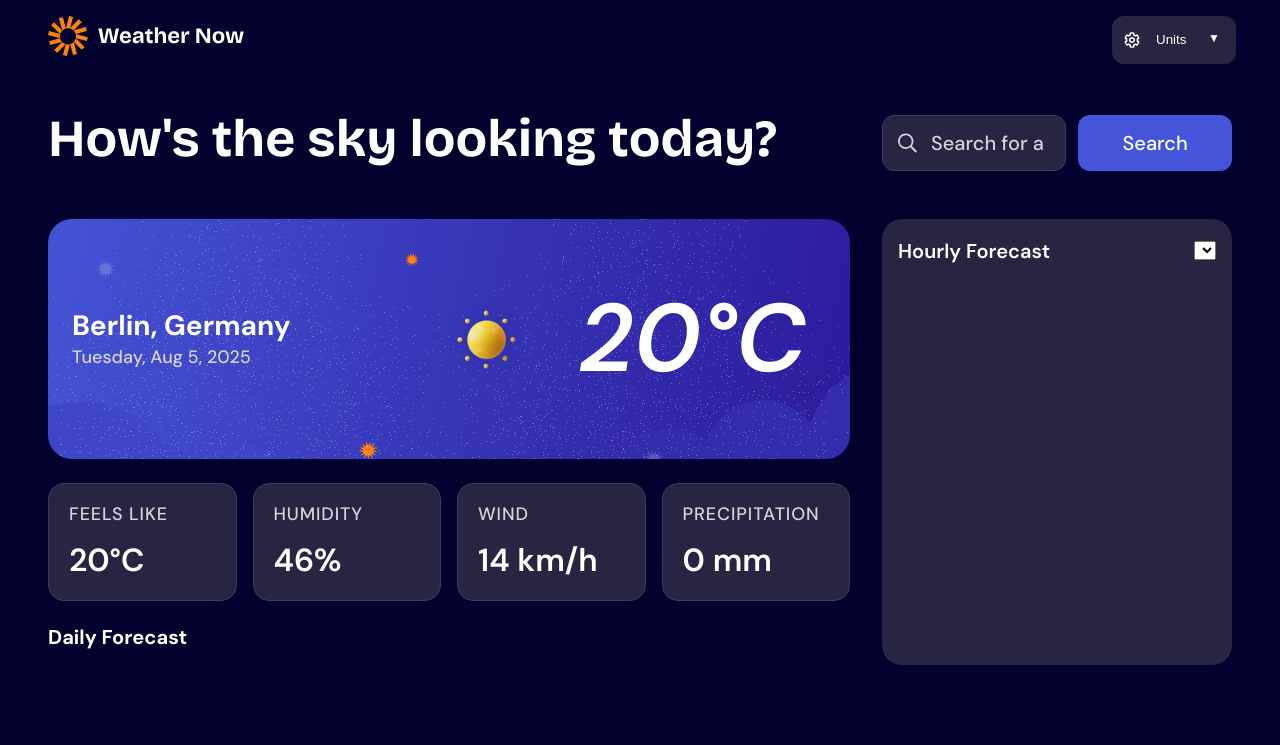
Repository: MKwaak/weather-app-main
Page: index.html
These files come from the project's save history. The page is drawn as it stood at one moment and after the next save; the edit follows.
The browser window is 1280 px wide. The pictures show the whole page.
The page's requests for data from a server got no answer.

Above is the page before, as saved 2026-02-01 01:58:39.

After the next save:
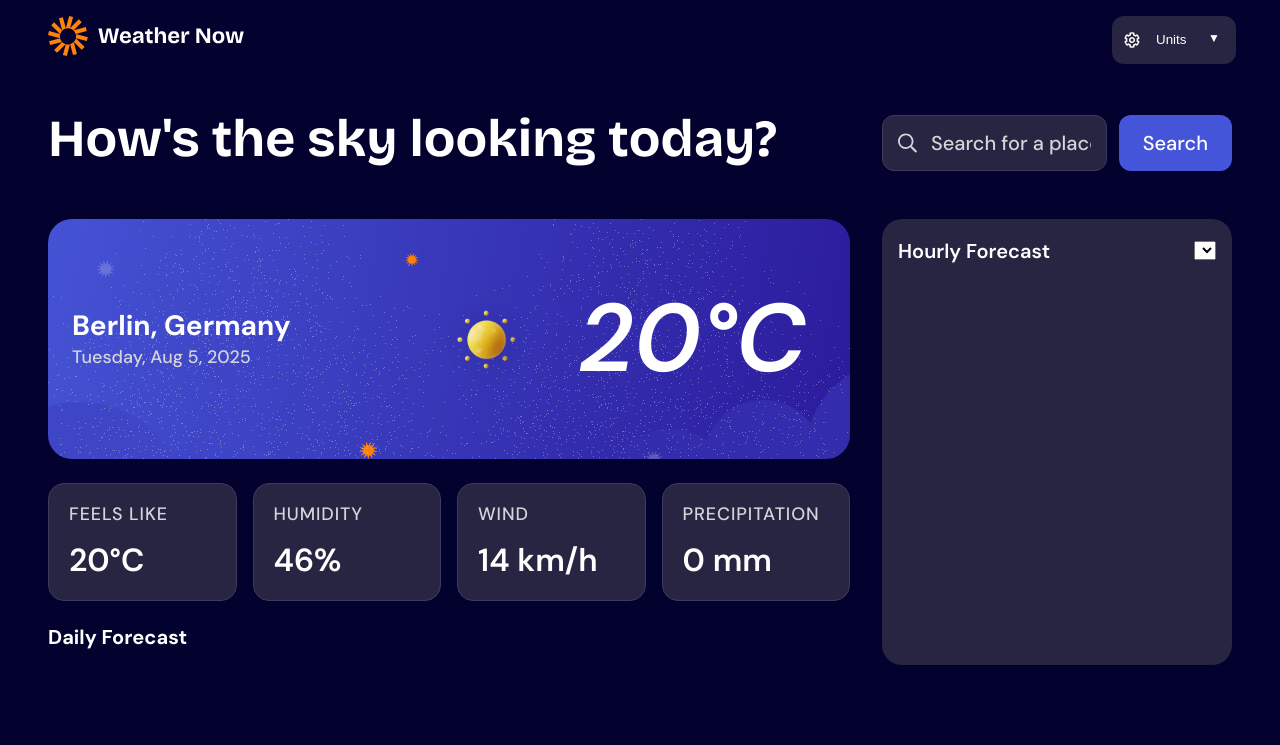
Saved 6 min 11 s later.
--- a/style.css
+++ b/style.css
@@ -302,6 +302,7 @@
     }
   }
 }
+
 /* 1. De Container (Houdt alles centraal) */
 .hero__content {
   display: grid;
@@ -351,12 +352,14 @@
 
 /* Input box */
 .hero__textbox {
-  width: 100%;
+  flex: 1; /* DIT IS DE KEY: hij vult de rest van de 350px */
+  min-width: 0; /* Voorkomt dat hij de box opduwt */
   height: 56px;
   border-radius: 12px;
+  /* Styling en padding */
+  width: 100%;
+  border-radius: 12px;
   box-sizing: border-box; /* Onmisbaar! */
-
-  /* Styling en padding */
   color: var(--color-text-light);
   font-size: var(--font-size-search);
   font-family: inherit; /* Zorgt dat het niet terugvalt op een standaard font */
@@ -372,11 +375,6 @@
 
   appearance: none;
   -webkit-appearance: none;
-
-  /* DESKTOP LOCATIE: Alleen boven de 1000px in kolom 1 */
-  @media (min-width: calc(1000 / 16 * 1rem)) {
-    grid-column: 1;
-  }
 }
 
 /* Tip: voeg een focus-state toe voor een pro-look */
@@ -411,9 +409,12 @@
 
 /* Search button */
 .hero__button {
-  width: 100%;
+  width: auto; /* Niet meer 100% op desktop! */
+  padding: 0 24px; /* Geef de knop wat ademruimte aan de zijkanten */
   height: 56px;
+  flex-shrink: 0; /* Zorgt dat de knop niet wordt platgedrukt */
   border-radius: 12px;
+  /* Styling */
   background-color: var(--c-blue-500);
   color: var(--color-text-light);
   font-size: var(--font-size-search);
@@ -422,11 +423,6 @@
   box-sizing: border-box;
   border: 1px solid var(--color-accent);
   transition: background-color 120ms ease-in-out;
-
-  /* DESKTOP LOCATIE: Alleen boven de 1000px in kolom 2 */
-  @media (min-width: calc(1000 / 16 * 1rem)) {
-    grid-column: 2;
-  }
 }
 
 .hero__button:hover {
